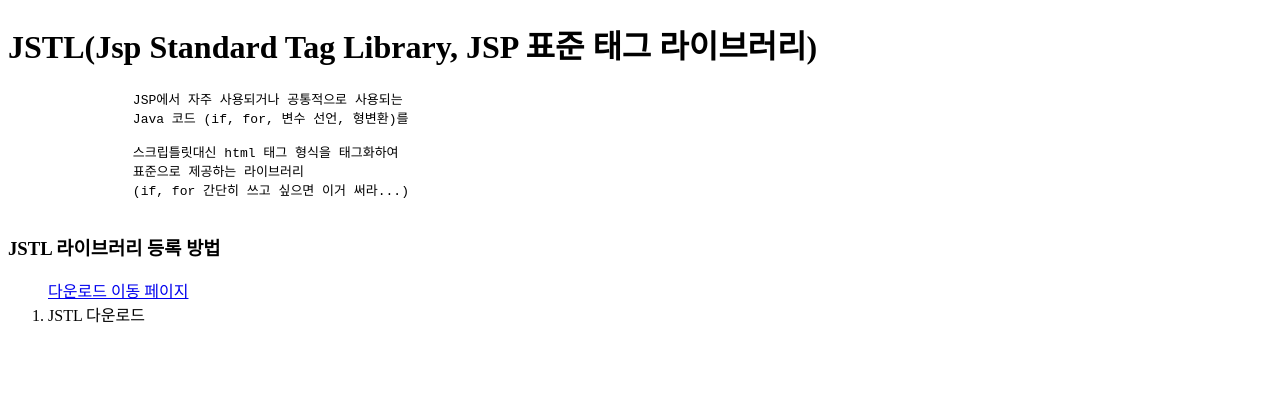
Repository: ahnjaeyoun/6_Server
Page: http://localhost/JSPProject2/jstl/main
The author's editor kept a copy of each file at every save. The page is drawn from the files as they stood at one save, then again after the next save.
The browser window is 1280 px wide. The pictures show the whole page.
The page is served by Tomcat 9. Other server files are loaded and not shown.

Above is the page before, as saved 2023-09-19 03:15:02.

### JSPProject2/src/main/webapp/WEB-INF/views/jstl/main.jsp
<%@ page language="java" contentType="text/html; charset=UTF-8"
    pageEncoding="UTF-8"%>
<!DOCTYPE html>
<html>
	<head>
	<meta charset="UTF-8">
<title>JSTL(Jsp Standard Tag Library)</title>
</head>
<body>

	<h1>JSTL(Jsp Standard Tag Library, JSP 표준 태그 라이브러리)</h1>

	<pre>
		JSP에서 자주 사용되거나 공통적으로 사용되는
		Java 코드 (if, for, 변수 선언, 형변환)를

		스크립틀릿대신 html 태그 형식을 태그화하여
		표준으로 제공하는 라이브러리
		(if, for 간단히 쓰고 싶으면 이거 써라...)
	</pre>

	<h3>JSTL 라이브러리 등록 방법</h3>

	<ol>
	<a href="https://tomcat.apache.org/download-taglibs.cgi">
		다운로드 이동 페이지
	</a>
		<li>JSTL 다운로드</li>
	</ol>




</body>
</html>

### JSPProject2/src/main/java/edu/kh/jsp/controller/JSTLController.java
package edu.kh.jsp.controller;

import java.io.IOException;

import javax.servlet.ServletException;
import javax.servlet.annotation.WebServlet;
import javax.servlet.http.HttpServlet;
import javax.servlet.http.HttpServletRequest;
import javax.servlet.http.HttpServletResponse;

@WebServlet("/jstl/main")
public class JSTLController extends HttpServlet{

	@Override
	protected void doGet(HttpServletRequest req, HttpServletResponse resp) throws ServletException, IOException {

		req.getRequestDispatcher("/WEB-INF/views/jstl/main.jsp").forward(req, resp);
	}
}

After the next save:
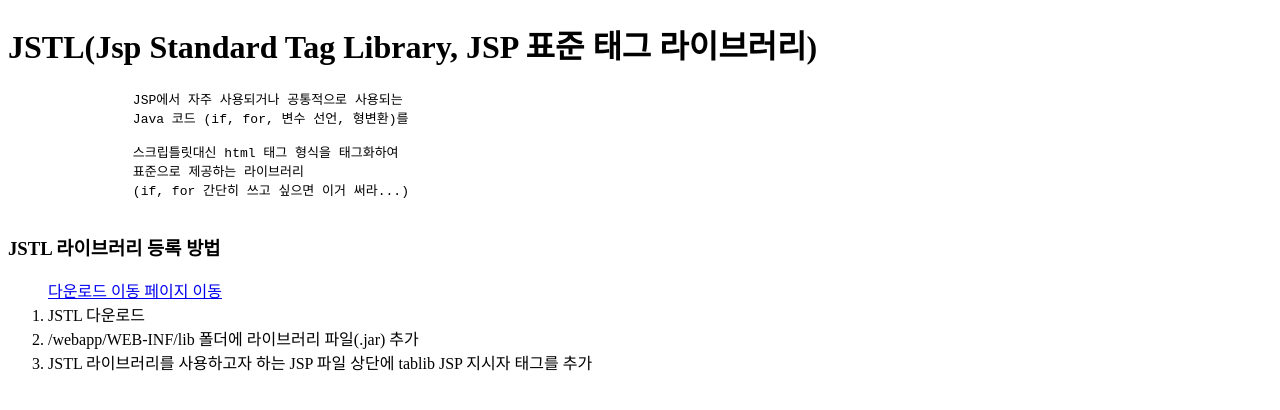
Saved 2 min 22 s later.
--- a/JSPProject2/src/main/webapp/WEB-INF/views/jstl/main.jsp
+++ b/JSPProject2/src/main/webapp/WEB-INF/views/jstl/main.jsp
@@ -22,10 +22,19 @@
 	<h3>JSTL 라이브러리 등록 방법</h3>
 
 	<ol>
-	<a href="https://tomcat.apache.org/download-taglibs.cgi">
-		다운로드 이동 페이지
-	</a>
+		<a href="https://tomcat.apache.org/download-taglibs.cgi">
+		다운로드 이동 페이지 이동
+		</a>
 		<li>JSTL 다운로드</li>
+
+		<li>
+			/webapp/WEB-INF/lib 폴더에 라이브러리 파일(.jar) 추가
+		</li>
+
+		<li>
+			JSTL 라이브러리를 사용하고자 하는 JSP 파일 상단에
+			tablib JSP 지시자 태그를 추가
+		</li>
 	</ol>
 
 
